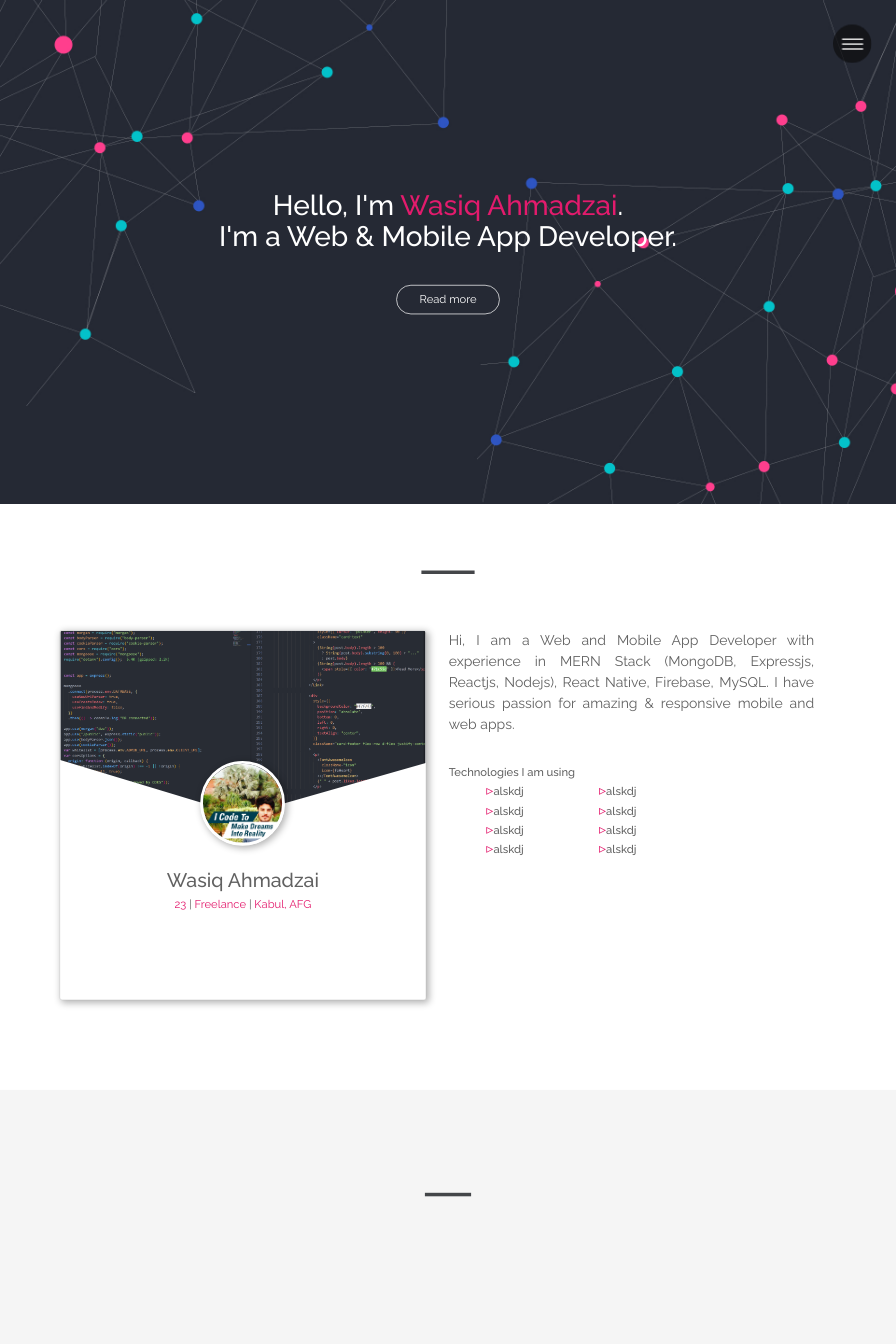
Repository: wasiqkhan/wasiqkhan.github.io
Page: index.html
The author's editor kept a copy of each file at every save. The page is drawn from the files as they stood at one save, then again after the next save.
The browser window is 1280 px wide. The pictures show the part of the page from y = 0 to 1920 px (the page is 5002 px tall), at 70% of full size.
Some web fonts or font styles are not loaded; a fallback is used.

Above is the page before, as saved 2020-11-06 17:47:59.
Not found: js/all.js
Not found: js/app.js
Not found: js/particles.js

After the next save:
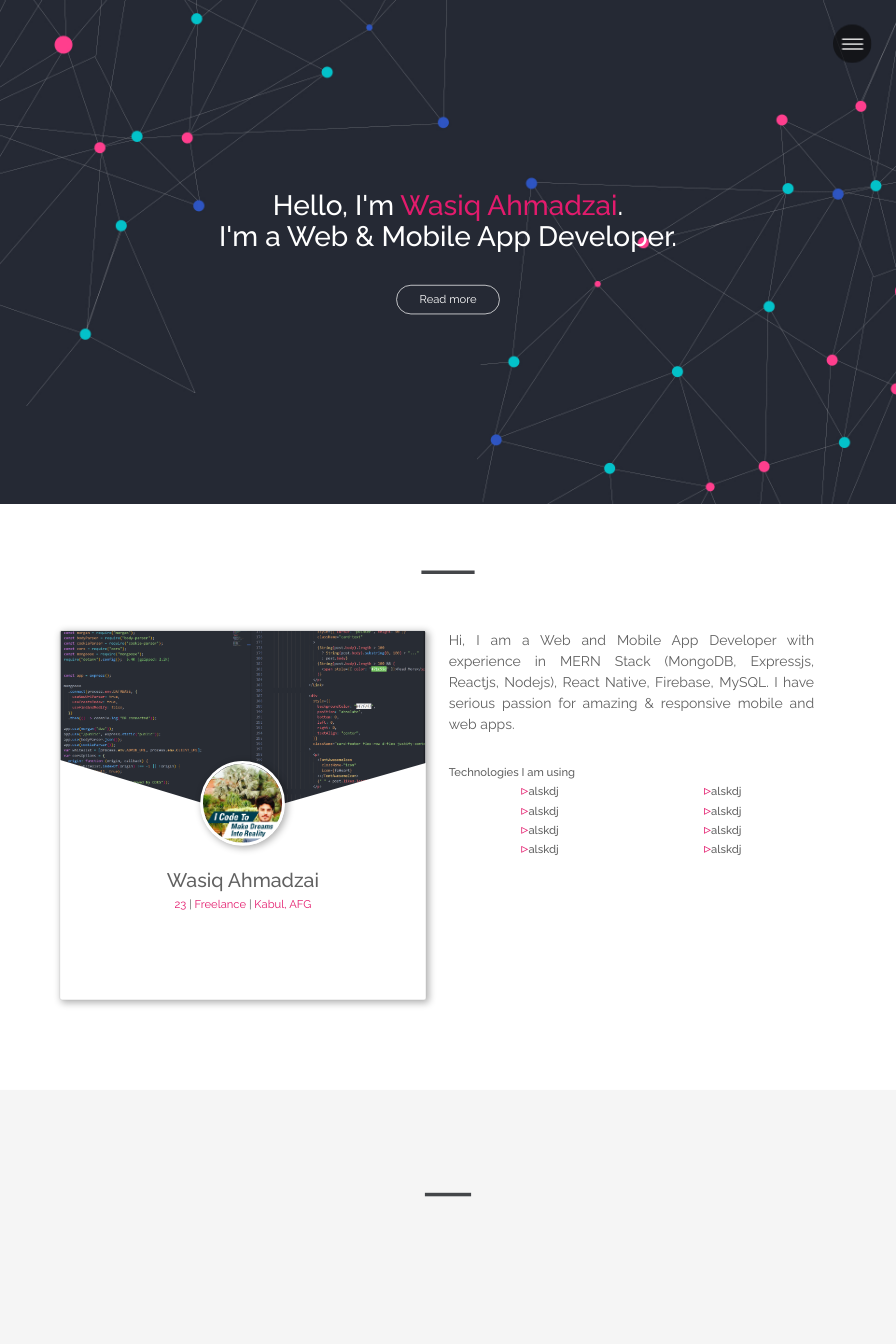
Saved 13 s later.
--- a/css/style.css
+++ b/css/style.css
@@ -445,7 +445,7 @@ a {
 .skill-items {
   display: flex;
   justify-content: flex-start;
-  margin-right: 200px;
+
   /* padding: 1rem; */
   /* margin-top: 40px; */
 }
